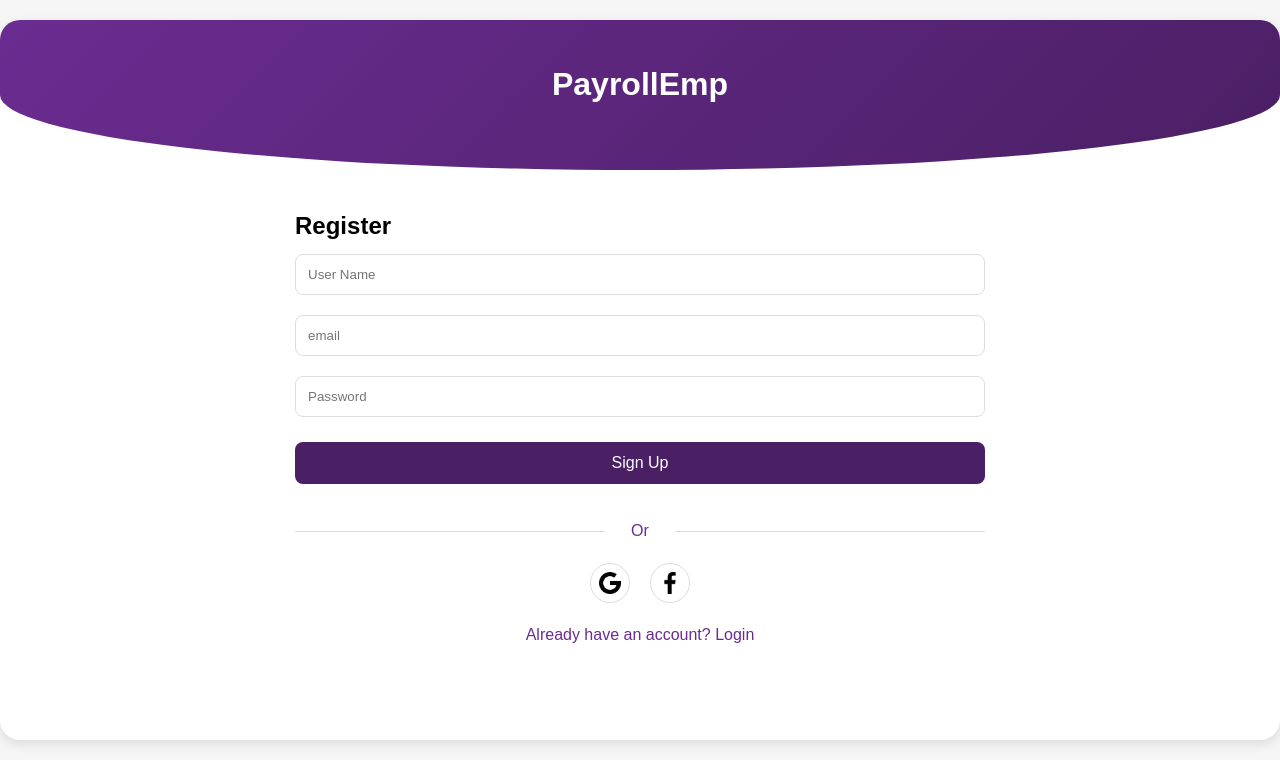
Repository: nino-pixel/payrolllatest
Page: /signup (app in web_vue/)
An editor plug-in stored every save of this project. The page is shown before and after a run of saves, followed by the edit.
The browser window is 1280 px wide. The pictures show the whole page.
The project was rebuilt for these pictures with package versions that can differ from the ones it lists, and the page was loaded fresh each time. Also part of the build but not shown: web_vue/vite.config.js, web_vue/src/components/Sidebar.vue, web_vue/src/components/login_page.vue, web_vue/src/components/dashboard.vue, web_vue/src/components/employee_management.vue, web_vue/src/components/attendance_management.vue, web_vue/src/components/generate_payroll.vue, web_vue/src/components/mark_attendance_manually.vue and 3 more.

Above is the page before, as saved 2024-12-20 09:14:11.

After the next 3 saves:
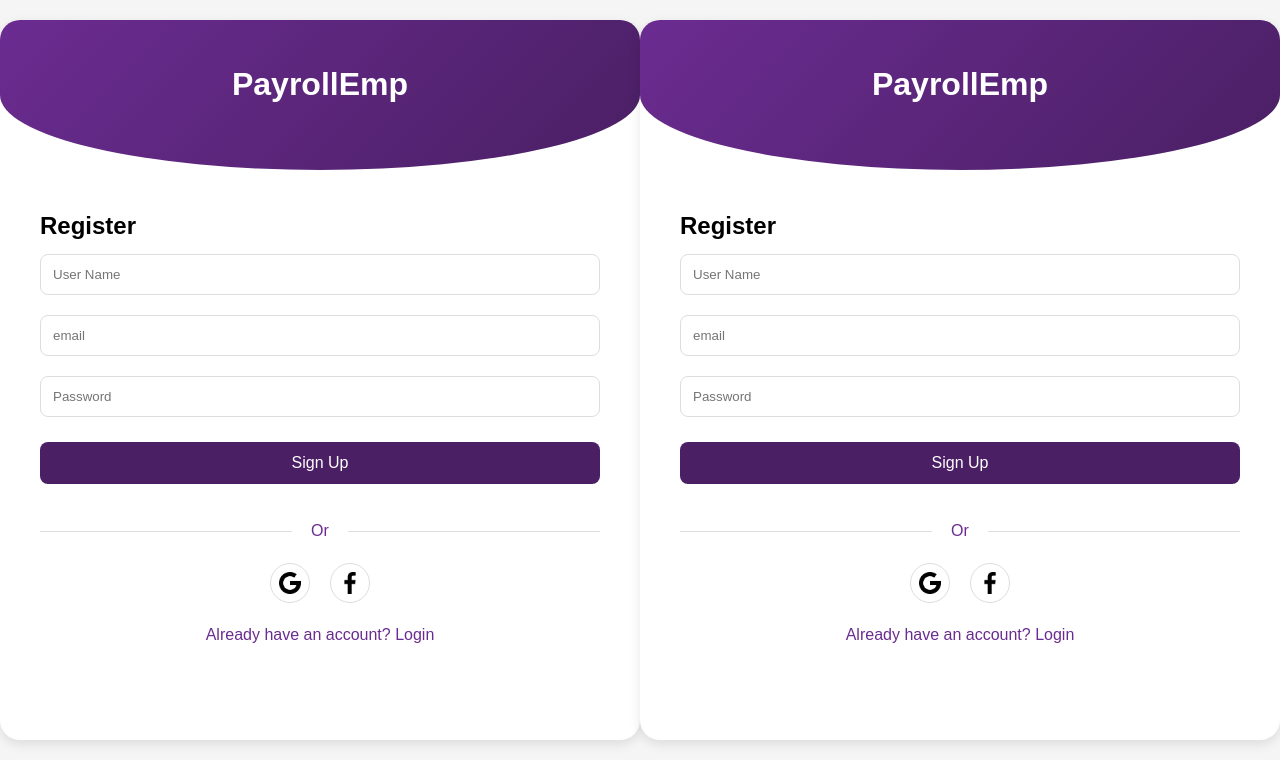
The 3 saves are shown as one change because they came seconds apart.
The last was saved 20 s later.
--- a/web_vue/src/App.vue
+++ b/web_vue/src/App.vue
@@ -11,6 +11,11 @@
 
       <router-view></router-view>
     </div>
+    <div class="main-content" :class="{ 'with-sidebar': isSignupPage && !isSignupPage }">
+
+
+<router-view></router-view>
+</div>
   </div>
 </template>
 
